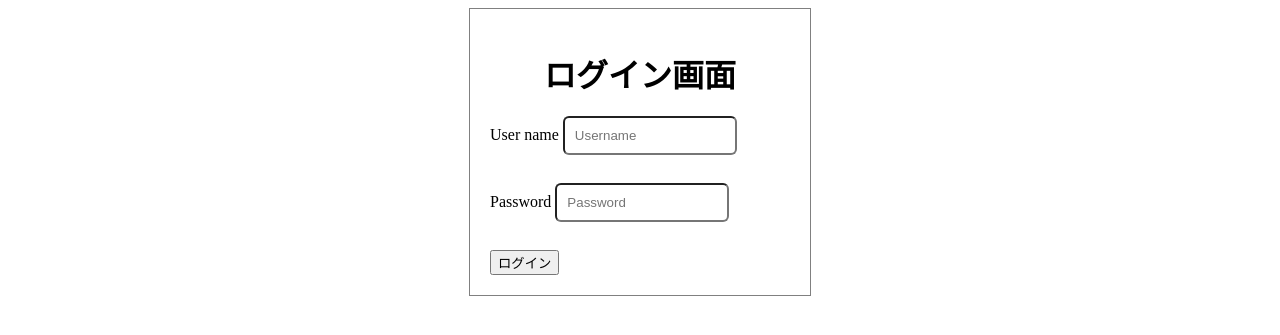
Repository: Jutta197/frontend726
Page: css_ex/login/login.html
An editor plug-in stored every save of this project. The page is shown before and after the next save, followed by the edit.
The browser window is 1280 px wide. The pictures show the whole page.

Above is the page before, as saved 2023-07-31 09:45:43.

After the next save:
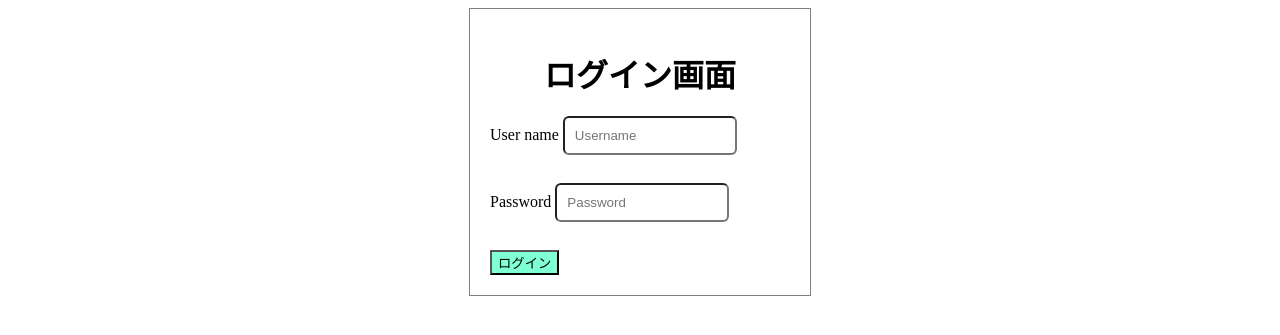
Saved 83 s later.
--- a/css_ex/login/style.css
+++ b/css_ex/login/style.css
@@ -18,7 +18,10 @@ h1 {
     margin-bottom: 10px;
 }
 
-.submit-button {}
+#submit-button {
+    background-color: aquamarine;
+
+}
 
 
 /* div {
